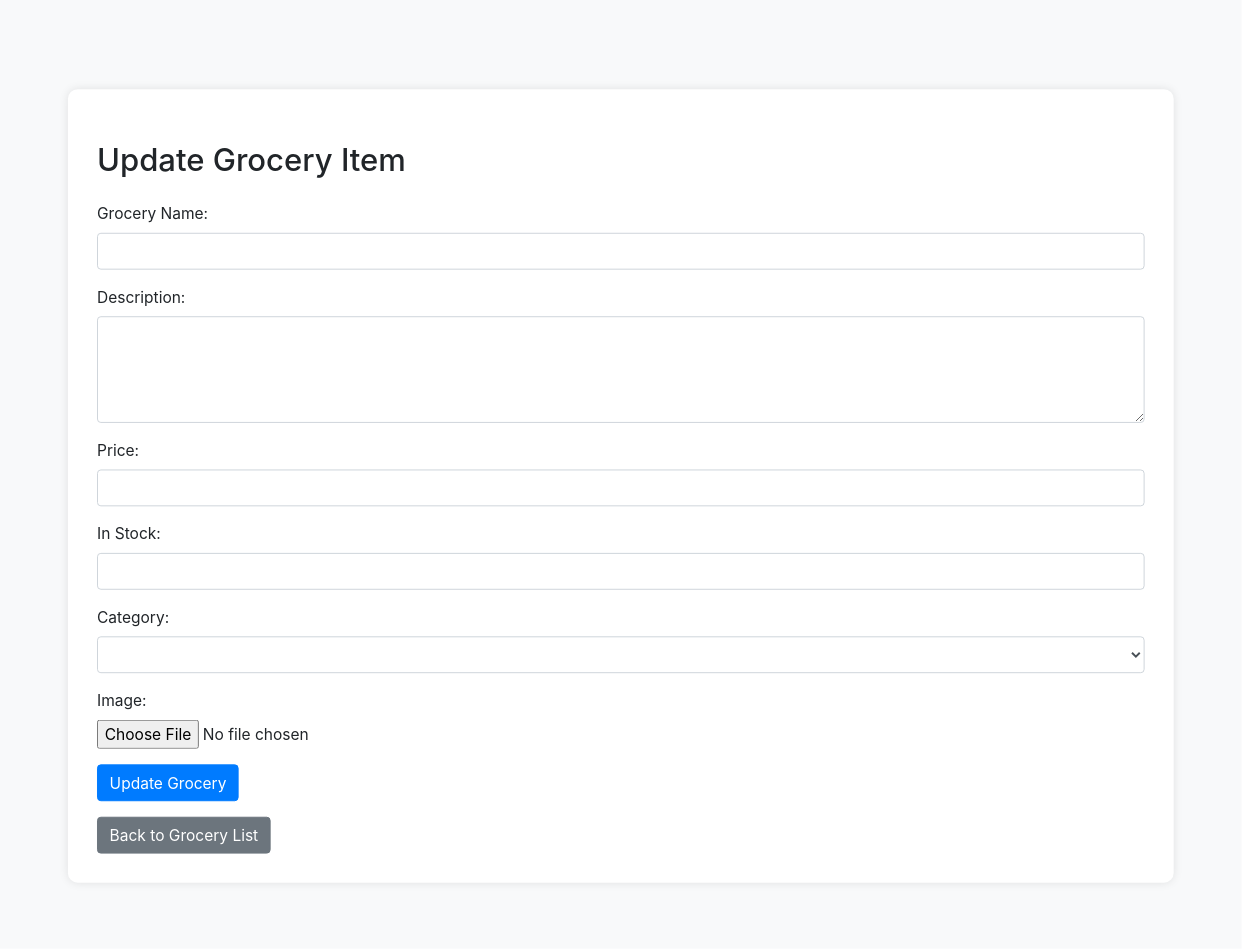
Repository: NagaMounikaY/GroceriesSubscriptionBookingManagement
Page: http://localhost/GroceriesSubBookingSystem/WEB-INF/views/update-grocery.jsp
An editor plug-in stored every save of this project. The page is shown before and after the next save, followed by the edit.
The browser window is 1280 px wide. The pictures show the whole page, at 97% of full size.
The page is served by Tomcat 9. Nobody is signed in. Other server files are loaded and not shown. The template is opened directly, without the code that normally fills it, so the values that code supplies are empty.

Above is the page before, as saved 2024-09-17 09:57:36.

### GroceriesSubBookingSystem/src/main/webapp/WEB-INF/views/update-grocery.jsp
<%@ page language="java" contentType="text/html; charset=ISO-8859-1"
    pageEncoding="ISO-8859-1" isELIgnored="false"%>
<%@ taglib uri="http://java.sun.com/jsp/jstl/core" prefix="c" %>
<!DOCTYPE html>
<html>
<head>
    <title>Update Grocery</title>
    <link href="https://stackpath.bootstrapcdn.com/bootstrap/4.5.2/css/bootstrap.min.css" rel="stylesheet">
    <style>
        body {
            padding: 20px;
            background-color: #f8f9fa;
        }
        .container {
            background-color: #ffffff;
            padding: 30px;
            border-radius: 10px;
            box-shadow: 0 0 10px rgba(0, 0, 0, 0.1);
        }
        .form-group img {
            max-width: 200px;
            margin-top: 10px;
        }
        .btn-primary {
            background-color: #007bff;
            border-color: #007bff;
        }
        .btn-primary:hover {
            background-color: #0056b3;
            border-color: #004085;
        }
        .btn-secondary {
            background-color: #6c757d;
            border-color: #6c757d;
        }
        .btn-secondary:hover {
            background-color: #5a6268;
            border-color: #545b62;
        }
        .alert-info {
            background-color: #d1ecf1;
            border-color: #bee5eb;
            color: #0c5460;
        }
    </style>
</head>
<body>
<br><br><br>
    <div class="container">
        <h2 class="my-4">Update Grocery Item</h2>

        <form action="${pageContext.request.contextPath}/groceries/edit" method="post" enctype="multipart/form-data">
            <input type="hidden" name="id" value="${grocery.grocery_id}">
            <div class="form-group">
                <label for="groceryName">Grocery Name:</label>
                <input type="text" class="form-control" id="groceryName" name="groceryName" value="${grocery.groceryName}" required>
            </div>
            <div class="form-group">
                <label for="description">Description:</label>
                <textarea class="form-control" id="description" name="description" rows="4" required>${grocery.description}</textarea>
            </div>
            <div class="form-group">
                <label for="grocery_price">Price:</label>
                <input type="text" class="form-control" id="grocery_price" name="grocery_price" value="${grocery.grocery_price}" required>
            </div>
            <div class="form-group">
                <label for="in_stock">In Stock:</label>
                <input type="number" class="form-control" id="in_stock" name="in_stock" value="${grocery.in_stock}" required>
            </div>
            <div class="form-group">
                <label for="category_id">Category:</label>
                <select class="form-control" id="category_id" name="category_id" required>
                    <c:forEach items="${categories}" var="category">
                        <option value="${category.category_id}" <c:if test="${category.category_id == grocery.category.category_id}">selected</c:if>>${category.category_name}</option>
                    </c:forEach>
                </select>
            </div>
            <div class="form-group">
                <label for="imageURL">Image:</label>
                <input type="file" class="form-control-file" id="imageURL" name="imageURL">
                <c:if test="${not empty grocery.imageURL}">
                    <p>Current Image: <img src="${pageContext.request.contextPath}/uploaded/${grocery.imageURL}" alt="Grocery Image"></p>
                </c:if>
            </div>
            <button type="submit" class="btn btn-primary">Update Grocery</button>
        </form>

        <c:if test="${not empty message}">
            <div class="alert alert-info mt-3">${message}</div>
        </c:if>

        <a href="${pageContext.request.contextPath}/groceries/list" class="btn btn-secondary mt-3">Back to Grocery List</a>
    </div>

    <script src="https://code.jquery.com/jquery-3.5.1.slim.min.js"></script>
    <script src="https://cdn.jsdelivr.net/npm/@popperjs/core@2.9.2/dist/umd/popper.min.js"></script>
    <script src="https://stackpath.bootstrapcdn.com/bootstrap/4.5.2/js/bootstrap.min.js"></script>
    <br><br>
</body>
</html>

After the next save:
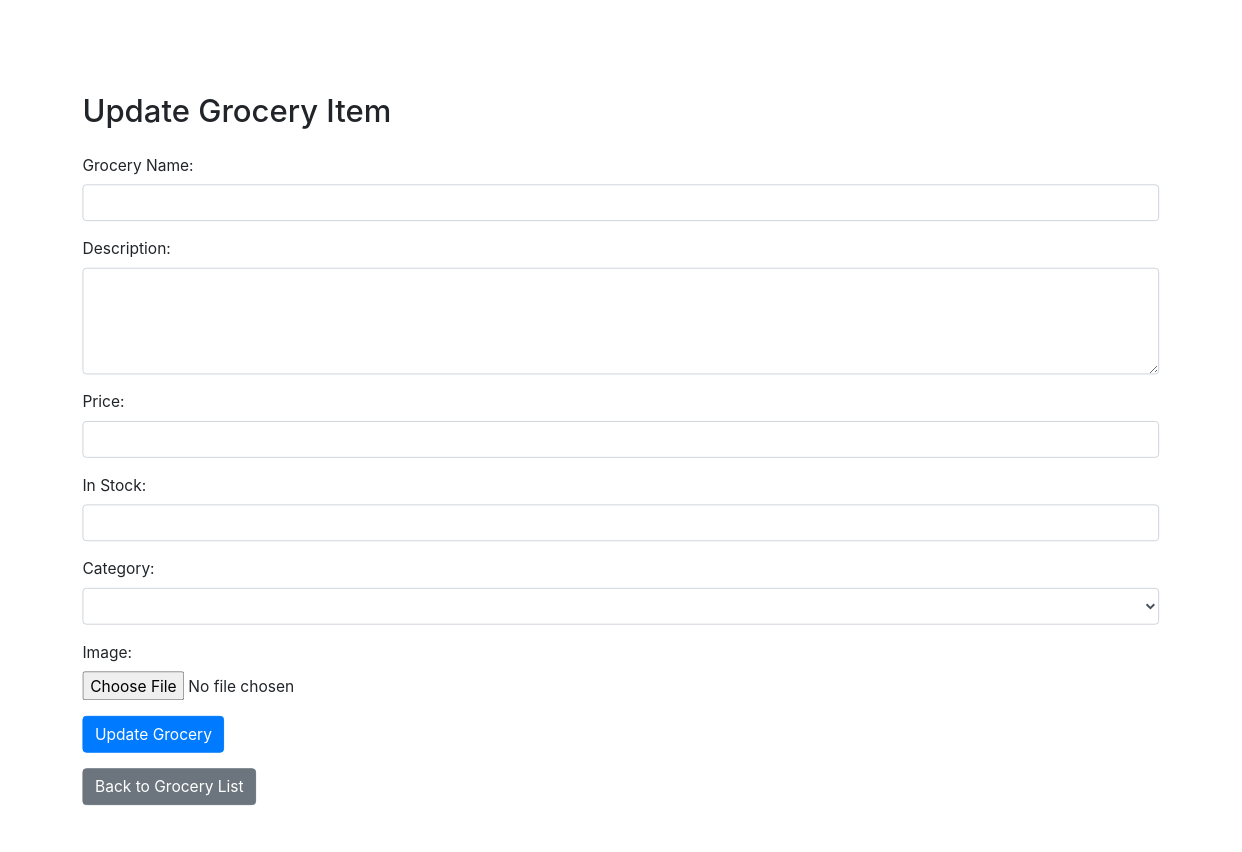
Saved 55 min 27 s later.
--- a/GroceriesSubBookingSystem/src/main/webapp/WEB-INF/views/update-grocery.jsp
+++ b/GroceriesSubBookingSystem/src/main/webapp/WEB-INF/views/update-grocery.jsp
@@ -6,43 +6,7 @@
 <head>
     <title>Update Grocery</title>
     <link href="https://stackpath.bootstrapcdn.com/bootstrap/4.5.2/css/bootstrap.min.css" rel="stylesheet">
-    <style>
-        body {
-            padding: 20px;
-            background-color: #f8f9fa;
-        }
-        .container {
-            background-color: #ffffff;
-            padding: 30px;
-            border-radius: 10px;
-            box-shadow: 0 0 10px rgba(0, 0, 0, 0.1);
-        }
-        .form-group img {
-            max-width: 200px;
-            margin-top: 10px;
-        }
-        .btn-primary {
-            background-color: #007bff;
-            border-color: #007bff;
-        }
-        .btn-primary:hover {
-            background-color: #0056b3;
-            border-color: #004085;
-        }
-        .btn-secondary {
-            background-color: #6c757d;
-            border-color: #6c757d;
-        }
-        .btn-secondary:hover {
-            background-color: #5a6268;
-            border-color: #545b62;
-        }
-        .alert-info {
-            background-color: #d1ecf1;
-            border-color: #bee5eb;
-            color: #0c5460;
-        }
-    </style>
+
 </head>
 <body>
 <br><br><br>
